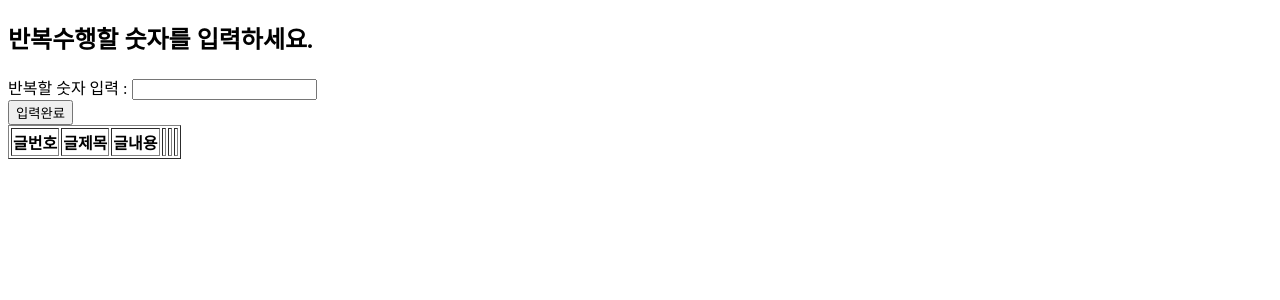
Repository: gugucon-hwan/ForStudyJSP
Page: http://localhost/StudyBasicJSP/ch06/ex06-04Form.jsp
An editor plug-in stored every save of this project. The page is shown before and after the next save, followed by the edit.
The browser window is 1280 px wide. The pictures show the whole page.
The page is served by Tomcat 9.

Above is the page before, as saved 2020-08-15 16:17:13.

After the next save:
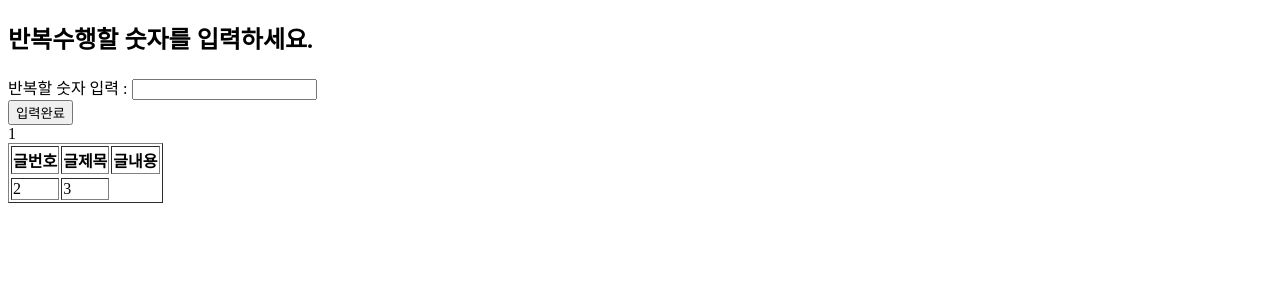
Saved 16 s later.
--- a/StudyBasicJSP/WebContent/ch06/ex06-04Form.jsp
+++ b/StudyBasicJSP/WebContent/ch06/ex06-04Form.jsp
@@ -16,9 +16,9 @@
 		<th>글번호</th>
 		<th>글제목</th>
 		<th>글내용</th>
-		<td></td>
-		<td></td>
-		<td></td>
+		<tr>1</tr>
+		<td>2</td>
+		<td>3</td>
 
 	</table>
 </body>
